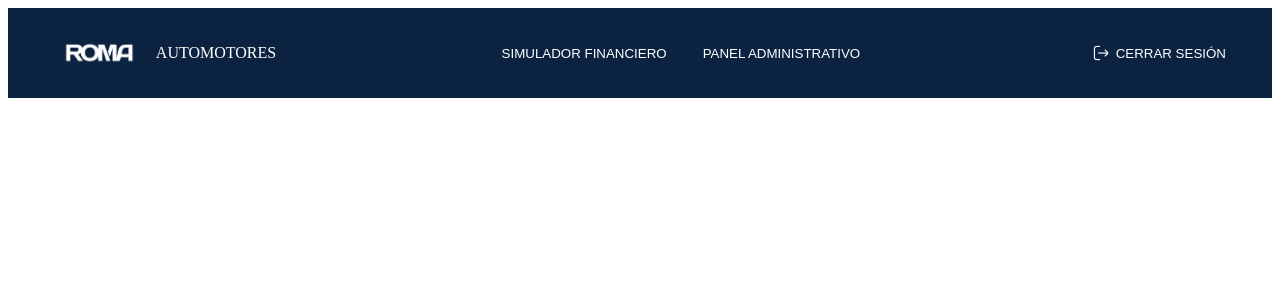
Repository: PPIII-9-012/Roma-System
Page: public/index.html
An editor plug-in stored every save of this project. The page is shown before and after the next save, followed by the edit.
The browser window is 1280 px wide. The pictures show the whole page.

Above is the page before, as saved 2026-08-22 12:27:14.

### public/index.html
<!DOCTYPE html>
<html lang="es">
<head>
    <meta charset="UTF-8">
    <meta name="viewport" content="width=device-width, initial-scale=1.0">
    <title>Simulador Financiero — Roma Automotores</title>
    <link rel="preconnect" href="https://fonts.googleapis.com">
    <link href="https://fonts.googleapis.com/css2?family=Inter:wght@400;500;600;700&display=swap" rel="stylesheet">
    <style>
        .navbar {
            min-height: 90px;
            background-color: #0B2341;
            color: #FFFFFF;
            display: flex;
            align-items: center;
            justify-content: space-between;
            padding: 0 40px;
        }
        .navbar-left,
        .navbar-links,
        .navbar-logout {
            display: flex;
            align-items: center;
        }
        .navbar-left {
            gap: 14px;
        }
        .navbar-links {
            gap: 24px;
        }
        .navbar-brand,
        .navbar-link,
        .navbar-logout {
            color: #FFFFFF;
        }
        .navbar-link,
        .navbar-logout {
            background: transparent;
            border: 0;
            cursor: pointer;
        }
        .navbar-logout {
            gap: 6px;
        }
        .navbar-logo {
            width: auto;
            height: 42px;
            display: block;
        }
        .logout-logo {
            width: auto;
            height: 18px;
            display: block;
        }

</style>
</head>
<body>
<div class="navbar">
    <div class="navbar-left">
        <img class="navbar-logo" src="logotiporoma.png" alt="Roma">
        <span class="navbar-brand">AUTOMOTORES</span>
    </div>
    <div class="navbar-links">
        <button class="navbar-link active" type="button">SIMULADOR FINANCIERO</button>
        <button class="navbar-link" type="button" id="panelAdmimBtn">PANEL ADMINISTRATIVO</button>
    </div>
    <button class="navbar-logout" type="button" id="logoutBtn">
        <img class="logout-logo" src="cerrarsesion.png" alt="">
        <span>CERRAR SESIÓN</span>
    </button>
</div>

<div class="app">
    <div class="main-col">

    </div>
</div>

</body>
</html>

After the next save:
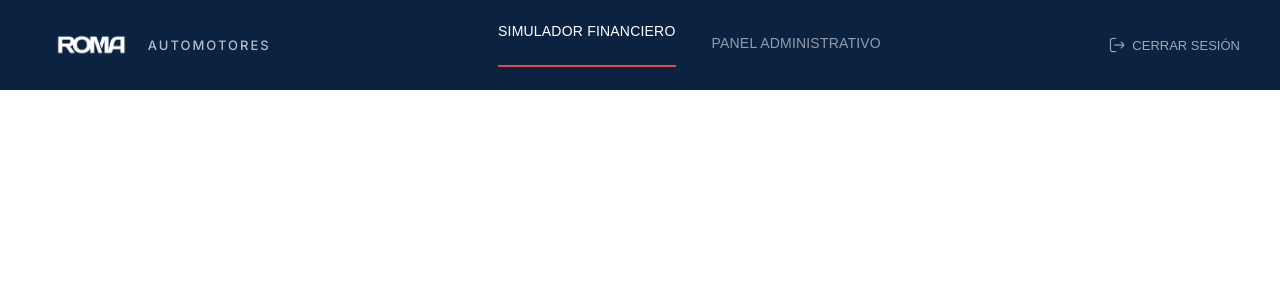
Saved 2 min 8 s later.
--- a/public/index.html
+++ b/public/index.html
@@ -7,14 +7,25 @@
     <link rel="preconnect" href="https://fonts.googleapis.com">
     <link href="https://fonts.googleapis.com/css2?family=Inter:wght@400;500;600;700&display=swap" rel="stylesheet">
     <style>
+        * {
+            box-sizing: border-box;
+            margin: 0;
+            padding: 0;
+        }
+        body {
+            font-family: 'Inter', system-ui, sans-serif;
+        }
         .navbar {
-            min-height: 90px;
-            background-color: #0B2341;
+            height: 90px;
+            background: #0B2341;
             color: #FFFFFF;
             display: flex;
             align-items: center;
             justify-content: space-between;
             padding: 0 40px;
+            position: sticky;
+            top: 0;
+            z-index: 50;
         }
         .navbar-left,
         .navbar-links,
@@ -26,12 +37,46 @@
             gap: 14px;
         }
         .navbar-links {
-            gap: 24px;
+            gap: 36px;
+        }
+        .navbar-logo {
+            width: auto;
+            height: 42px;
+            display: block;
+        }
+        .navbar-brand {
+            font-size: 13px;
+            opacity: .7;
+            letter-spacing: 2px;
+            font-weight: 500;
         }
         .navbar-brand,
         .navbar-link,
         .navbar-logout {
             color: #FFFFFF;
+        }
+        .navbar-link {
+            font-size: 14px;
+            opacity: .55;
+            text-decoration: none;
+            padding-bottom: 4px;
+            letter-spacing: .2px;
+            transition: opacity .15s;
+        }
+        .navbar-link:hover {
+            opacity: .85;
+        }
+        .navbar-link.active {
+            opacity: 1;
+            border-bottom: 2px solid #E24B4A;
+            padding-bottom: 26px;
+        }
+        .navbar-logout {
+            font-size: 13px;
+            opacity: .6;
+        }
+        .navbar-logout:hover {
+            opacity: 1;
         }
         .navbar-link,
         .navbar-logout {
@@ -41,11 +86,6 @@
         }
         .navbar-logout {
             gap: 6px;
-        }
-        .navbar-logo {
-            width: auto;
-            height: 42px;
-            display: block;
         }
         .logout-logo {
             width: auto;
